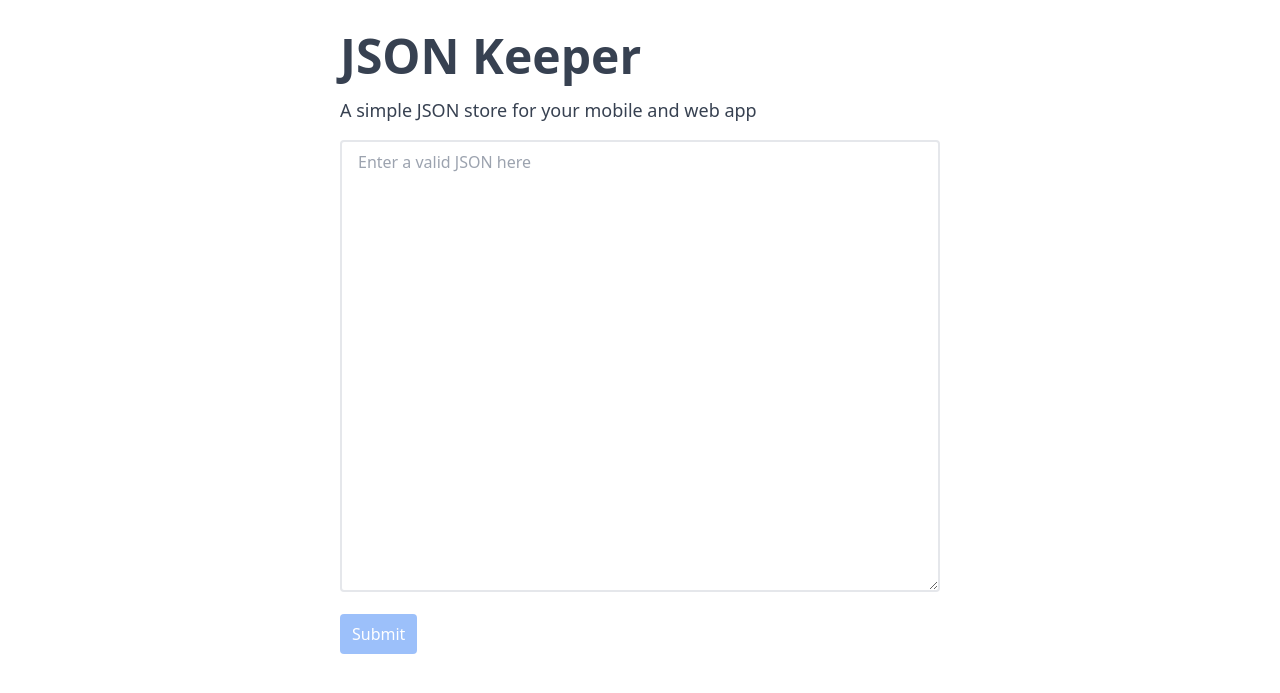
Repository: lakshithapramodya/jsonhub
Page: / (app in client/)
An editor plug-in stored every save of this project. The page is shown before and after the next save, followed by the edit.
The browser window is 1280 px wide. The pictures show the whole page.
The page's requests for data from a server got no answer. The project was rebuilt for these pictures with package versions that can differ from the ones it lists, and the page was loaded fresh each time. No one was signed in, and anything a server would have sent is missing. Also part of the build but not shown: client/src/HandleJsonData.js.

Above is the page before, as saved 2023-05-10 12:21:27.

### client/src/index.js
import React from "react";
import ReactDOM from "react-dom/client";
import "./index.css";
import App from "./App";
import { BrowserRouter, Route, Routes } from "react-router-dom";
import HandleJsonData from "./HandleJsonData";

const root = ReactDOM.createRoot(document.getElementById("root"));
root.render(
  <React.StrictMode>
    <BrowserRouter>
      <Routes>
        <Route path="/" element={<App />} />
        <Route path=":url" element={<HandleJsonData />} />
      </Routes>
    </BrowserRouter>
  </React.StrictMode>
);

### client/src/App.js
import { useState } from "react";
import { SERVER_ENDPOINT } from "./config/Default";
import axios from "axios";

function App() {
  const [input, setInput] = useState([]);
  const [url, setUrl] = useState("");

  const sendRequest = async () => {
    const res = await axios
      .post(`${SERVER_ENDPOINT}/api/json`, {
        text: input,
      })
      .then()
      .catch((err) => console.log(err));
    const data = res.data;
    return data;
  };

  const handleSubmit = (e) => {
    e.preventDefault();
    sendRequest().then((res) => {
      console.log(res.url);
      res && setInput([]);
      setUrl(res.url);
    });
  };

  function isJsonString(str) {
    try {
      JSON.parse(str);
    } catch (e) {
      return false;
    }
    return true;
  }

  return (
    <div className="min-w-full min-h-screen flex flex-col">
      {url && (
        <a href={`${SERVER_ENDPOINT}/${url}`}>{`${SERVER_ENDPOINT}/${url}`}</a>
      )}
      <div className="flex flex-col mx-auto mt-8 w-full md:w-1/2 items-center justify-center">
        <form onSubmit={handleSubmit} className="w-full space-y-4 px-5">
          <h1 className="text-5xl font-semibold text-gray-700">JSON Keeper</h1>
          <p className="text-gray-700 text-lg">
            A simple JSON store for your mobile and web app
          </p>
          <textarea
            placeholder="Enter a valid JSON here"
            onChange={(e) => setInput(e.target.value)}
            value={input}
            rows={18}
            className="border-2 w-full rounded p-2 px-4"
          />
          <button
            className="bg-blue-500 p-2 px-3 rounded text-white disabled:opacity-50"
            disabled={!isJsonString(input)}
            type="submit"
          >
            Submit
          </button>
        </form>
      </div>
    </div>
  );
}

export default App;

### client/src/config/Default.js
export const SERVER_ENDPOINT =
  process.env.REACT_APP_SERVER_ENDPOINT || "http://localhost:5000";

Loaded but not shown: client/public/index.html (common file); client/src/index.css (common file); client/tailwind.config.js (common file)

After the next save:
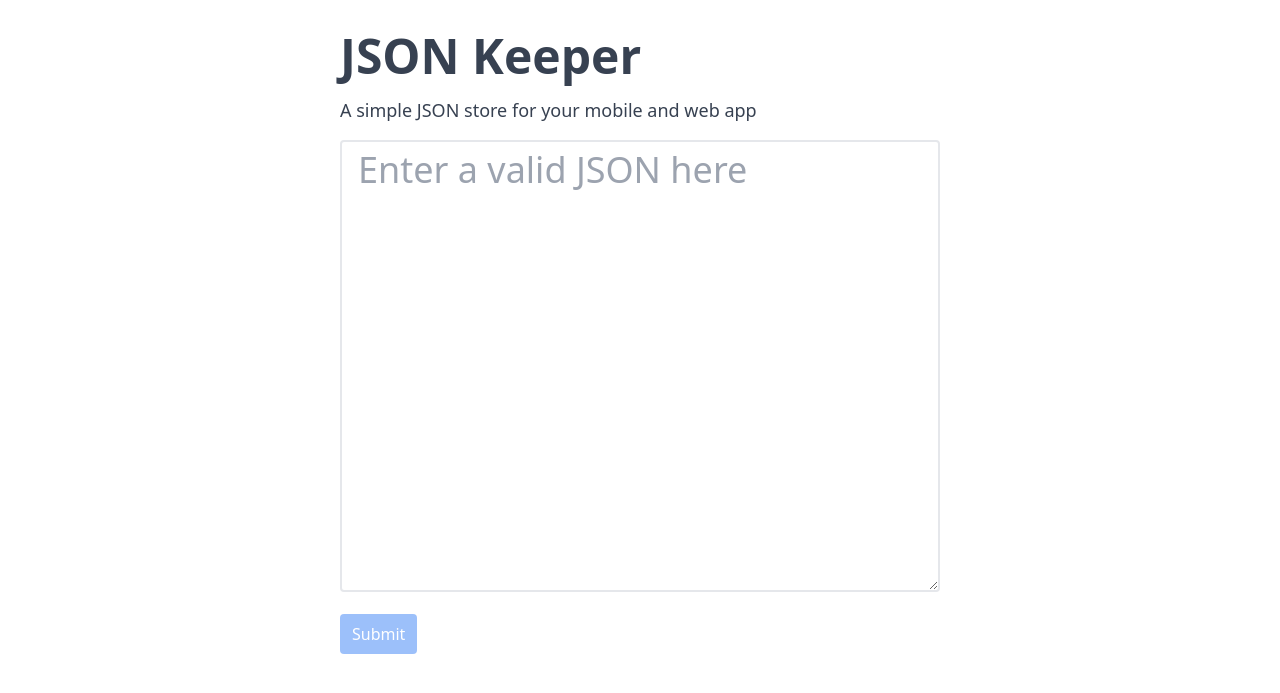
Saved 18 s later.
--- a/client/src/App.js
+++ b/client/src/App.js
@@ -51,7 +51,7 @@ function App() {
             onChange={(e) => setInput(e.target.value)}
             value={input}
             rows={18}
-            className="border-2 w-full rounded p-2 px-4"
+            className="border-2 w-full rounded p-2 px-4 placeholder:text-4xl"
           />
           <button
             className="bg-blue-500 p-2 px-3 rounded text-white disabled:opacity-50"
